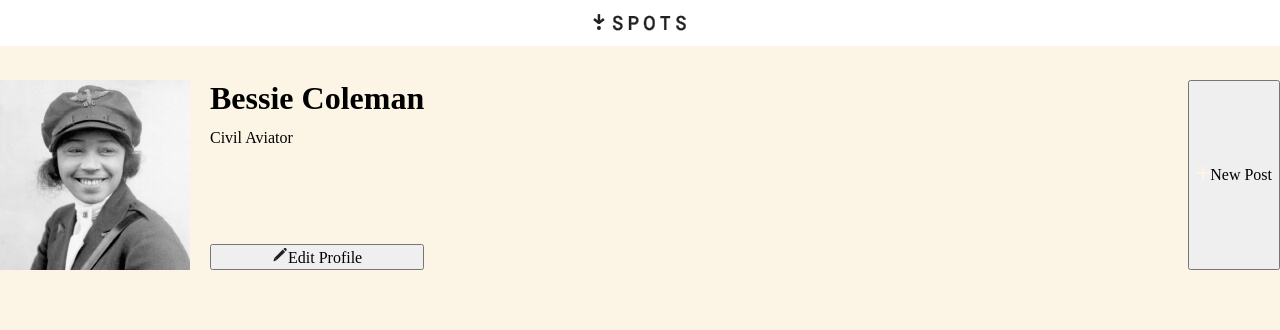
Repository: riffey55/se_project_spots
Page: index.html
An editor plug-in stored every save of this project. The page is shown before and after the next save, followed by the edit.
The browser window is 1280 px wide. The pictures show the whole page.

Above is the page before, as saved 2025-05-19 17:24:46.

### index.html
<!DOCTYPE html>
<html lang="en">
  <head>
    <meta charset="UTF-8" />
    <meta name="viewport" content="width=device-width, initial-scale=1.0" />
    <meta name="description" content="????" />
    <meta name="author" content="Beren Riffey" />
    <meta name="keywords" content="HTML, CSS. ??" />
    <link rel="stylesheet" href="./pages/index.css" />
    <link rel="icon" type="image/x-icon" href="favicon.ico" />
    <title>Spots</title>
  </head>
  <body>
    <div class="page">
      <header class="header">
        <img src="./images/Logo.svg" alt="Spot logo" class="header__logo" />
      </header>
      <main class="content">
        <section class="profile page__section">
          <img
            src="./images/avatar.jpg"
            alt="Bessie Coleman avatar"
            class="profile__avatar"
          />
          <div class="profile__column">
            <h1 class="profile__name">Bessie Coleman</h1>
            <p class="profile__description">Civil Aviator</p>
            <button class="profile__edit-btn">
              <img src="./images/pencil.svg" alt="Pencil icon" />Edit Profile
            </button>
          </div>
          <button class="profile__add-btn">
            <img src="./images/plus.svg" alt="Plus icon" class="" />New Post
          </button>
        </section>
      </main>
      <footer class="footer"></footer>
    </div>
  </body>
</html>

### pages/index.css
@import url(..vendor/normalize.css);
@import url(../blocks/page.css);
@import url(../blocks/header.css);
@import url(../blocks/profile.css);

### blocks/page.css
.page {
  background-color: #fcf5e5;
  min-height: 100vh;
}

.page__section {
  margin: 0 auto;
  max-width: 1280px;
}

### blocks/profile.css
.profile {
  display: flex;
  padding: 34px 0 20px;
  border-bottom: 1px rgba(33, 33n, 33, 0.4) solid;
}

.profile__avatar {
  margin-right: 20px;
}

.profile__column {
  display: flex;
  flex-direction: column;
}

.profile__name {
  margin: 0 0 12px;
}

.profile__description {
  margin: 0;
}

.profile__edit-btn {
  margin-top: auto;
}

.profile__add-btn {
  margin-left: auto;
}

Loaded but not shown: vendor/normalize.css (library); blocks/header.css (common file)

After the next save:
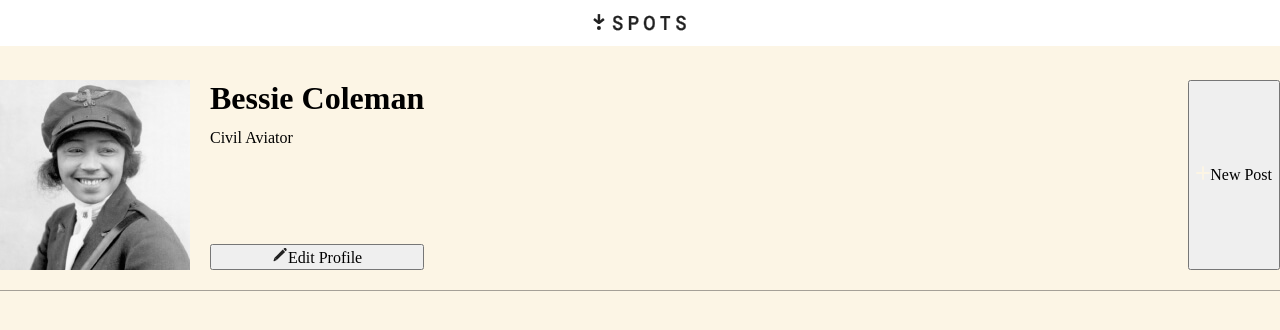
Saved 3 min 46 s later.
--- a/blocks/profile.css
+++ b/blocks/profile.css
@@ -1,7 +1,7 @@
 .profile {
   display: flex;
   padding: 34px 0 20px;
-  border-bottom: 1px rgba(33, 33n, 33, 0.4) solid;
+  border-bottom: 1px solid rgba(33, 33, 33, 0.4); /* fixed typo and syntax */
 }
 
 .profile__avatar {
